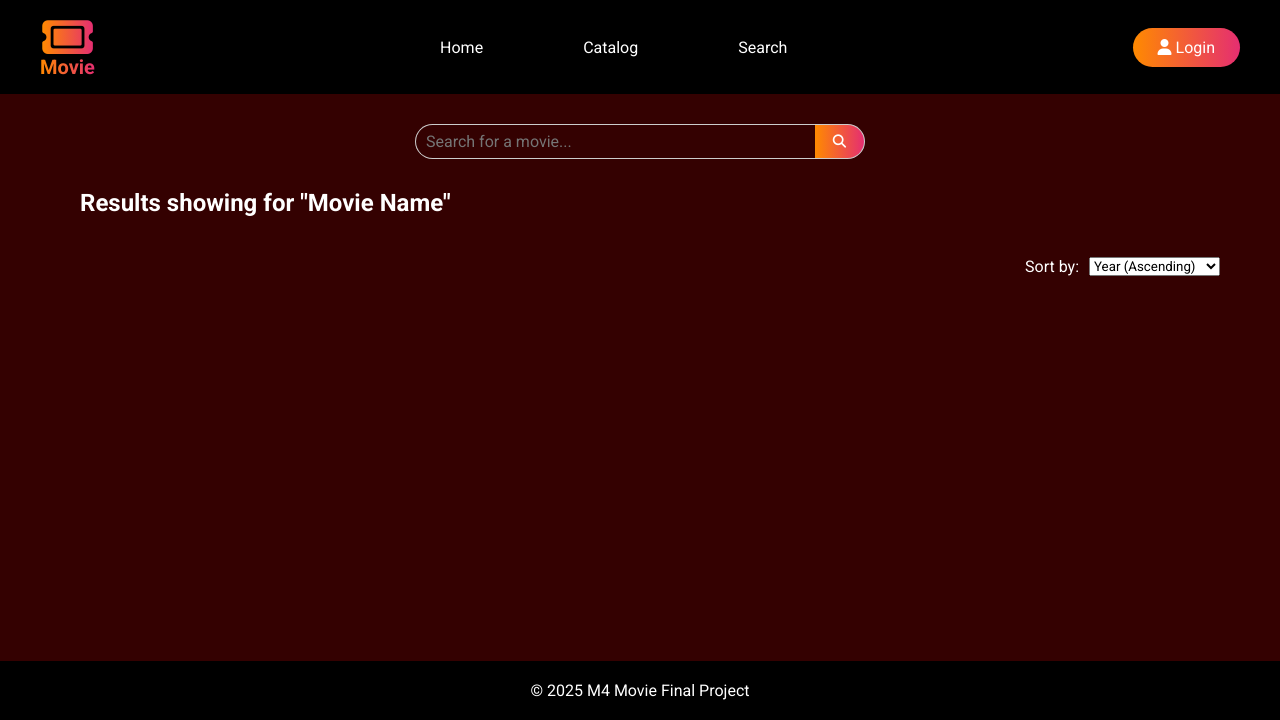
Repository: avivanguyen/m4_movie-FinalProject
Page: index.html
These files come from the project's save history. The page is drawn as it stood at one moment and after a run of saves; the edit follows.
The browser window is 1280 px wide. The pictures show the whole page.
Some web libraries are served in a nearby version.

Above is the page before, as saved 2025-12-30 08:01:46.

### index.html
<!DOCTYPE html>
<html lang="en">
<head>
    <meta charset="UTF-8">
    <meta name="viewport" content="width=device-width, initial-scale=1.0">
    <title>M4 Movie Final Project</title>
    <link rel="stylesheet" href="styles.css">
    <script src="script.js" defer></script>
    <script src="https://kit.fontawesome.com/2588cf0bac.js" crossorigin="anonymous"></script>
</head>
<body>
    <nav>
        <div class="logo">
            <i class="fa-solid fa-ticket logo__ticket"></i>
            <h1 class="logo__title">Movie</h1>
        </div>
        <ul class="nav-links">
            <li><a href="#">Home</a></li>
            <li><a href="#">Catalog</a></li>
            <li><a href="#">Search</a></li>
        </ul>
        <div class="login">
            <button>
                <a href="#">
                    <i class="fa-solid fa-user login__icon"></i>
                    <span class="login__text">Login</span>
                </a>
            </button>
        </div>
    </nav>
    <main>
        <section class="search-section">
            <input type="text" id="search-input" placeholder="Search for a movie..." onchange="onSearchMovie(event)">
            <button id="search-button"><i class="fa-solid fa-magnifying-glass"></i></button>
        </section>
        <section class="results__section">
            <div id="results__container">
                <div class="breadcrumb">
                    <h2>Results showing for "<span id="search-term">Movie Name</span>"</h2>
                </div>
                <div class="sort">
                    <label for="sort-select">Sort by:</label>
                    <select id="sort-select" onchange="onSortChange(event)">
                        <option value="year-ascending">Year (Ascending)</option>
                        <option value="year-descending">Year (Descending)</option>
                        <option value="title-ascending">Movie Title (A-Z)</option>
                        <option value="title-descending">Movie Title (Z-A)</option>
                    </select>
                </div>
                <div class="loading hidden">
                    <i class="fa fa-spinner fa-spin"></i>
                </div>
                <div class="movie">
                    <div class="movie-card hidden">
                        <div class="movie-card__container" onclick="toggleModal()">
                            <div class="movie__poster">
                                <img src="./assets/movie_poster-placeholder.png" alt="">
                            </div>
                            <div class="movie__title">Movie Title</div>
                            <div class="movie__year">20XX</div>
                        </div>
                    </div>
                    <!-- <div class="movie-card">
                        <div class="movie-card__container" onclick="toggleModal()">
                            <div class="movie__poster">
                                <img src="./assets/movie_poster-placeholder.png" alt="">
                            </div>
                            <div class="movie__title">Movie Title</div>
                            <div class="movie__year">20XX</div>
                        </div>
                    </div>
                    <div class="movie-card">
                        <div class="movie-card__container" onclick="toggleModal()">
                            <div class="movie__poster">
                                <img src="./assets/movie_poster-placeholder.png" alt="">
                            </div>
                            <div class="movie__title">Movie Title</div>
                            <div class="movie__year">20XX</div>
                        </div>
                    </div>
                    <div class="movie-card">
                        <div class="movie-card__container" onclick="toggleModal()">
                            <div class="movie__poster">
                                <img src="./assets/movie_poster-placeholder.png" alt="">
                            </div>
                            <div class="movie__title">Movie Title</div>
                            <div class="movie__year">20XX</div>
                        </div>
                    </div>
                    <div class="movie-card">
                        <div class="movie-card__container" onclick="toggleModal()">
                            <div class="movie__poster">
                                <img src="./assets/movie_poster-placeholder.png" alt="">
                            </div>
                            <div class="movie__title">Movie Title</div>
                            <div class="movie__year">20XX</div>
                        </div>
                    </div>
                    <div class="movie-card">
                        <div class="movie-card__container" onclick="toggleModal()">
                            <div class="movie__poster">
                                <img src="./assets/movie_poster-placeholder.png" alt="">
                            </div>
                            <div class="movie__title">Movie Title</div>
                            <div class="movie__year">20XX</div>
                        </div>
                    </div> -->
                </div>
            </div>
        </section>
        <div class="modal">
            <div class="modal__half modal__poster">
                <figure>
                    <img src="./assets/movie_poster-placeholder.png" alt="">
                </figure>
            </div>
            <div class="modal__half modal__description">
                <h2 class="modal__title">Movie Title</h2>
                <p class="modal__year">20XX</p>
                <p class="modal__plot">Lorem ipsum dolor sit amet, consectetur adipiscing elit. Sed do eiusmod tempor incididunt ut labore et dolore magna aliqua.</p>
                <ul class="modal__details">
                    <li><strong>Director:</strong> Director Name</li>
                    <li><strong>Actors:</strong> Actor 1, Actor 2, Actor 3</li>
                    <li><strong>Runtime:</strong> XX min</li>
                </ul>
                <button class="watch">Watch Now</button>
            </div>
            <button class="close-button" onclick="toggleModal()">Close</button>
        </div>
    </main>
    <footer>
        <p>&copy; 2025 M4 Movie Final Project</p>
    </footer>
</body>
</html>

### styles.css
@import url('https://fonts.googleapis.com/css2?family=Roboto:ital,wght@0,100..900;1,100..900&display=swap');

* {
    margin: 0;
    padding: 0;
    box-sizing: border-box;
    font-family: 'Roboto', sans-serif;
}

body {
    background-color: #340101;
    min-height: 100vh;
    display: flex;
    flex-direction: column; /*ensures footer stays at bottom*/
}

a {
    text-decoration: none;
}

li {
    list-style: none;
}

.hidden {
    display: none !important;
}

/*
NAVIGATION STYLES
*/
nav {
    display: flex;
    justify-content: space-between;
    align-items: center;
    flex-direction: row;
    background-color: black;
    width: 100%;
    padding: 15px 40px;
}

.logo {
    display: flex;
    align-items: center;
    flex-direction: column;
}

.logo__ticket,
.logo__title {
    background: linear-gradient(90deg, #ff8a00, #e52e71);
    background-clip: text;
    -webkit-background-clip: text;
    -webkit-text-fill-color: transparent;
}

.logo__ticket {
    font-size: 45px;
    margin-bottom: -5px;
}

.logo__title {
    font-size: 20px;
}

.nav-links {
    display: flex;
    flex-direction: row;
    gap: 100px;
}

.nav-links a {
    color: white;
    font-size: 16px;
    transition: color 300ms ease;
}

.nav-links a:hover,
.close-button:hover {
    color: #ff8a00;
}

.login button,
.modal button.watch {
    background: linear-gradient(90deg, #ff8a00, #e52e71);
    border: none;
    padding: 10px 25px;
    border-radius: 50px;
    color: white;
    font-size: 16px;
    cursor: pointer;
    transition: transform 300ms ease;
}
.login button:hover,
.modal button.watch:hover {
    transform: scale(1.1);
}

.login a {
    color: white;
}


/*
SEARCH STYLES
*/
.search-section {
    display: flex;
    justify-content: center;
    align-items: center;
    margin: 30px 0;
}

#search-input {
    width: 400px;
    height: 35px;
    padding: 0 10px;
    font-size: 16px;
    border: 1.5px solid #ccc;
    border-right: none;
    border-radius: 50px 0 0 50px;
    outline: none;
    background-color: transparent;
    color: white;
}

#search-button {
    height: 35px;
    width: 50px;
    outline: none;
    border-radius: 0 50px 50px 0;
    border: 1.5px solid #ccc;
    border-left: none;
    cursor: pointer;
    background: linear-gradient(90deg, #ff8a00, #e52e71);
    transition: all 300ms ease;
    position: relative;
}
#search-button:hover {
    background: transparent;
    border: 2px solid transparent;
    background-image: linear-gradient(#340101, #340101), linear-gradient(90deg, #ff8a00, #e52e71);
    background-origin: border-box;
    background-clip: padding-box, border-box;
}

.search-section #search-button i {
    color: white;
}

.sort label {
    color: white;
    margin-right: 10px;
}

.sort {
    display: flex;
    justify-content: flex-end;
    align-items: center;
}

/*
LOADING STYLES
*/
.loading {
    justify-content: center;
    align-items: center;
    margin-top: 20px;
    opacity: 1;
    transition: opacity 500ms ease-in-out;
}

.loading:not(.hidden) {
    display: flex;
}

.loading.hidden {
    opacity: 0;
    transition: opacity 500ms ease-in-out 1000ms;
}

.fa-spinner {
    font-size: 35px;
    color: white;
}

/*
RESULTS STYLES
*/
.breadcrumb {
    color: white;
    margin-left: 20px;
    margin-bottom: 40px;
}

.results__section {
    margin: 0 60px;
}

.movie {
    width: 100%;
    height: auto;
    padding: 0 80px;
    display: flex;
    flex-direction: row;
    flex-wrap: wrap;
    justify-content: center;
}

.movie-card {
    cursor: pointer;
    margin: 15px;
    width: 200px; /*makes sure all cards are same size and that the text doesn't overflow*/
    display: flex;
    flex-direction: row;
    flex-wrap: wrap;
    justify-content: center;
    transition: transform 300ms ease;
}
.movie-card:hover {
    transform: scale(1.05);
    background-color: #4d0d0d;
    border-radius: 8px;
    box-shadow: 0 6px 12px #4d0d0d;
}

.movie-card__container {
    padding: 4px 18px;
}

.movie__poster img {
    width: 200px;
    height: 300px;
    box-shadow: 0 4px 8px rgba(0, 0, 0, 0.2);
}

.movie__title,
.movie__year {
    color: white;
    text-align: center;
    margin-top: 2px;
}

/*
MODAL STYLES
*/
.modal {
    display: flex;
    position: fixed;
    top: 50%;
    left: 50%;
    transform: translate(-50%, -50%);
    width: 90%;
    max-width: 1100px;
    background-color: #4b3434;
    box-shadow: 0 6px 12px #4d0d0d;
    visibility: hidden;
    transition: visibility 400ms, z-index 300ms ease;
}

.modal--open .modal {
    display: flex;
    z-index: 50;
    box-shadow: 0 6px 12px #4d0d0d;
    visibility: visible;
}

.modal__half {
    display: flex;
    flex-direction: column;
    justify-content: center;
    position: relative;
}

.modal__poster img {
    width: 100%;
}

.modal__description {
    padding: 80px;
    color: white;
    line-height: 2.5;
}

.watch {
    margin-top: auto;
    width: 50%;
    display: flex;
    justify-content: center;
    align-items: center;
    margin-left: 100px;
}

.close-button {
    position: absolute;
    top: 15px;
    right: 30px;
    font-size: 20px;
    color: white;
    cursor: pointer;
    background-color: transparent;
    border: none;
}

/*
FOOTER STYLES
*/
footer {
    text-align: center;
    padding: 20px 0;
    background-color: black;
    color: white;
    margin-top: auto;
}


/*
RESPONSIVE STYLES
*/
@media (max-width: 768px) {
    .nav-links {
            gap: 75px;
        }

    #search-input {
        width: 300px;
    }

    .movie-card {
        margin: 15px;
    }

    .modal__description {
        padding: 40px;
        line-height: 2;
    }

    .modal__details {
        margin-bottom: 15px;
    }

    .close-button {
        font-size: 18px;
    }
}

@media (max-width: 480px) {
    nav {
        padding: 8px 20px;
    }
    .nav-links {
        gap: 50px;
    }

    .login__text {
        display: none;
    }
    .login button {
        padding: 10px;
    }

    .movie-card {
        margin: 8px;
    }
    .movie__poster img {
        width: 150px;
        height: auto;
    }
    .movie__title, .movie__year {
        font-size: 20px;
    }

    .results__section {
        margin: 0 20px;
    }
    .movie {
        padding: 0;
    }

    .modal {
        flex-direction: column;
    }
    .modal__description {
        padding: 18px;
        line-height: 1.8;
    }
    .modal__poster {
        display: flex;
        justify-content: center;
        align-items: center;
        text-align: center;
    }
    .modal__poster img {
        width: 50%;
    }
}

### script.js
//API key: 5aa2e87d
//base URL: https://www.omdbapi.com/?apikey=5aa2e87d&s=MOVIE_NAME_HERE

//Modal functionality
let isModalOpen = false;

function toggleModal() {
  if (isModalOpen) {
    isModalOpen = !isModalOpen;
    return document.body.classList.remove("modal--open");
  }
  isModalOpen = true;
  document.body.classList += " modal--open";
}

//Search functionality
async function onSearchMovie(event) {
  const searchMovie = event.target.value;

  if (!searchMovie) return;

  //breadcrumb
  document.getElementById("search-term").textContent = searchMovie;

  const movieContainer = document.querySelector(".movie");
  const loadingSpinner = document.querySelector(".loading");

  loadingSpinner.classList.remove("hidden");

  // Fetch movies from API
  const response = await fetch(
    `https://www.omdbapi.com/?apikey=5aa2e87d&s=${searchMovie}`
  );
  const data = await response.json();

  loadingSpinner.classList.add("hidden");

  if (data.Response === "True") {
    movieContainer.innerHTML = data.Search
    .slice(0, 6) // Limit to first 6 results//
      .map((movie) => movieCardHtml(movie))
      .join("");
  } else {
    movieContainer.innerHTML = `<div class="breadcrumb">
            <h2>Results showing for "<span id="search-term">${searchMovie}</span>"</h2>
        </div>`;
  }
}

//Movie card results
function movieCardHtml(movie) {
  return `
    <div class="movie-card">
        <div class="movie-card__container" onclick="toggleModal()">
            <div class="movie__poster">
                <img src="${
                  movie.Poster !== "N/A"
                    ? movie.Poster
                    : "./assets/movie_poster-placeholder.png"
                }" alt="">
            </div>
            <div class="movie__title">${movie.Title}</div>
            <div class="movie__year">${movie.Year}</div>
        </div>
    </div>`;
}

// //Movie modal results
// async function movieModalHtml(imdbID) {
//   toggleModal();
//   const response = await fetch(
//     `https://www.omdbapi.com/?apikey=5aa2e87d&i=${imdbID}`
//   );
//   const movie = await response.json();

//   document.querySelector(".modal__poster img").src =
//     movie.Poster !== "N/A"
//       ? movie.Poster
//       : "./assets/movie_poster-placeholder.png";
//   document.querySelector(".modal__title").textContent = movie.Title;
//   document.querySelector(".modal__year").textContent = movie.Year;
// }
// function movieModalHtml(movie) {
//   return `
//     <div class="modal">
//             <div class="modal__half modal__poster">
//                 <figure>
//                     <img src="${
//                       movie.Poster !== "N/A"
//                         ? movie.Poster
//                         : "./assets/movie_poster-placeholder.png"
//                     }" alt="">
//                 </figure>
//             </div>
//             <div class="modal__half modal__description">
//                 <h2 class="modal__title">${movie.Title}</h2>
//                 <p class="modal__year">${movie.Year}</p>
//                 <p class="modal__plot">Lorem ipsum dolor sit amet, consectetur adipiscing elit. Sed do eiusmod tempor incididunt ut labore et dolore magna aliqua.</p>
//                 <ul class="modal__details">
//                     <li><strong>Director:</strong> Director Name</li>
//                     <li><strong>Actors:</strong> Actor 1, Actor 2, Actor 3</li>
//                     <li><strong>Runtime:</strong> XX min</li>
//                 </ul>
//                 <button class="watch">Watch Now</button>
//             </div>
//             <button class="close-button" onclick="toggleModal()">Close</button>
//         </div>`;
// }

After the next 5 saves:
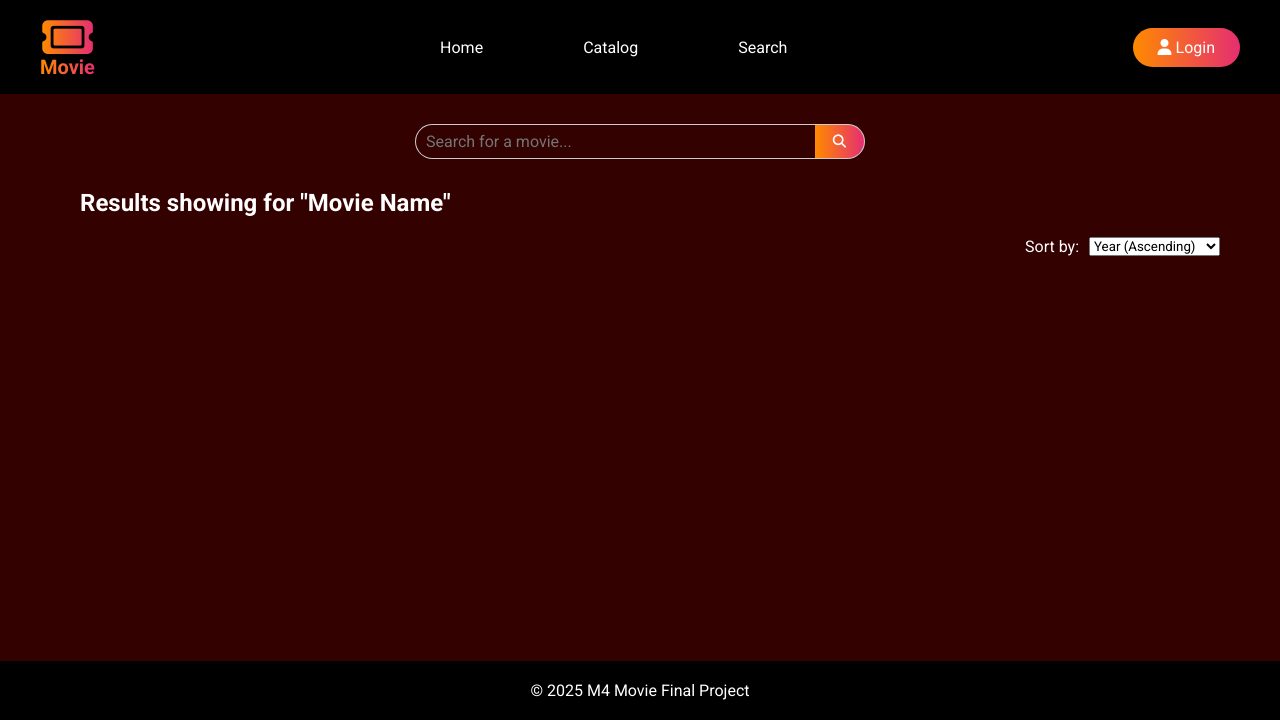
The 5 saves are shown as one change because they came seconds apart.
The last was saved 60 s later.
--- a/styles.css
+++ b/styles.css
@@ -156,6 +156,7 @@ SEARCH STYLES
     display: flex;
     justify-content: flex-end;
     align-items: center;
+    margin-top: -20px;
 }
 
 /*
